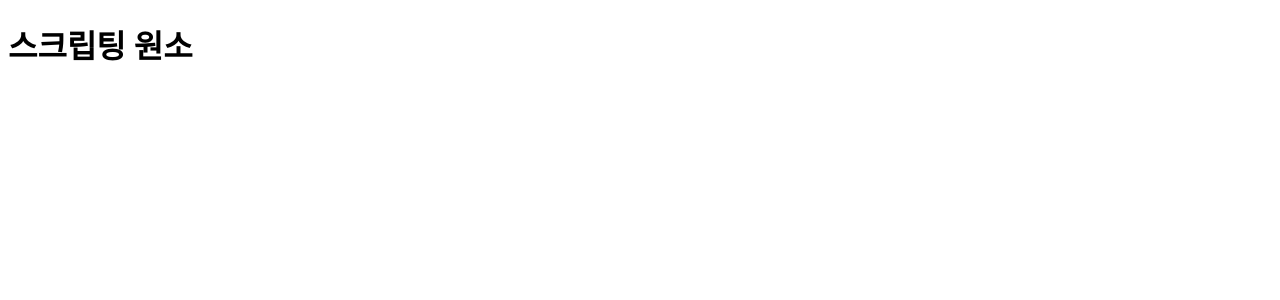
Repository: alswnsghd1234/Server_Study
Page: http://localhost/2_JSP/views/01_ScriptingElement.jsp
The author's editor kept a copy of each file at every save. The page is drawn from the files as they stood at one save, then again after the next save.
The browser window is 1280 px wide. The pictures show the whole page.
The page is served by Tomcat 9. Other server files are loaded and not shown.

Above is the page before, as saved 2022-04-27 07:07:27.

### 2_JSP/WebContent/views/01_ScriptingElement.jsp
<%@ page language="java" contentType="text/html; charset=UTF-8"%>

<!DOCTYPE html>
<html lang="en">
<head>
  <meta charset="UTF-8">
  <meta http-equiv="X-UA-Compatible" content="IE=edge">
  <meta name="viewport" content="width=device-width, initial-scale=1.0">
  <title>Document</title>
</head>
<body>
    <%--JSP 주석 : 개발자도구에 노출 안됨 --%>

    <h1>스크립팅 원소</h1>

    <%
    	// 스크립틀릿 : 이안에 일반적인 자바코드 작성(변수 선언 및 초기화,제어문 등등)

    int sum=0;
    for(int i=0;i<=100;i++){
    	sum+=i;
    }
    System.out.println("덧셈과 끝 결과 출력 |"+ sum);

    %>
</body>
</html>

After the next save:
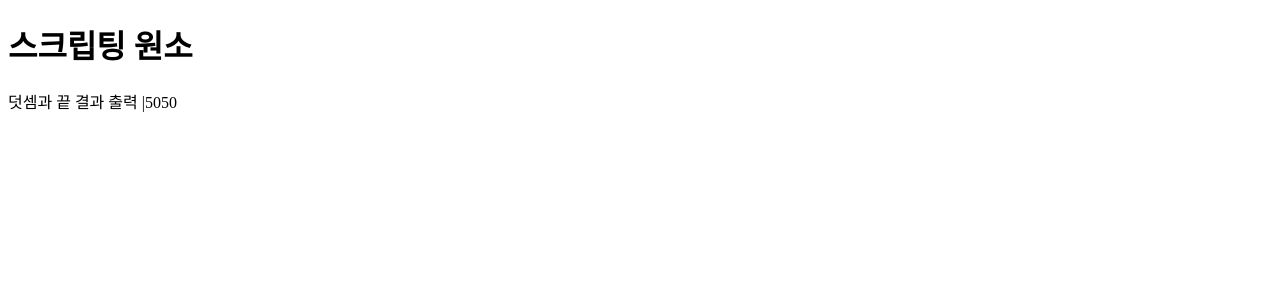
Saved 85 s later.
--- a/2_JSP/WebContent/views/01_ScriptingElement.jsp
+++ b/2_JSP/WebContent/views/01_ScriptingElement.jsp
@@ -21,7 +21,7 @@
     	sum+=i;
     }
     System.out.println("덧셈과 끝 결과 출력 |"+ sum);
-
+    out.println("덧셈과 끝 결과 출력 |"+ sum);
     %>
 </body>
 </html>
